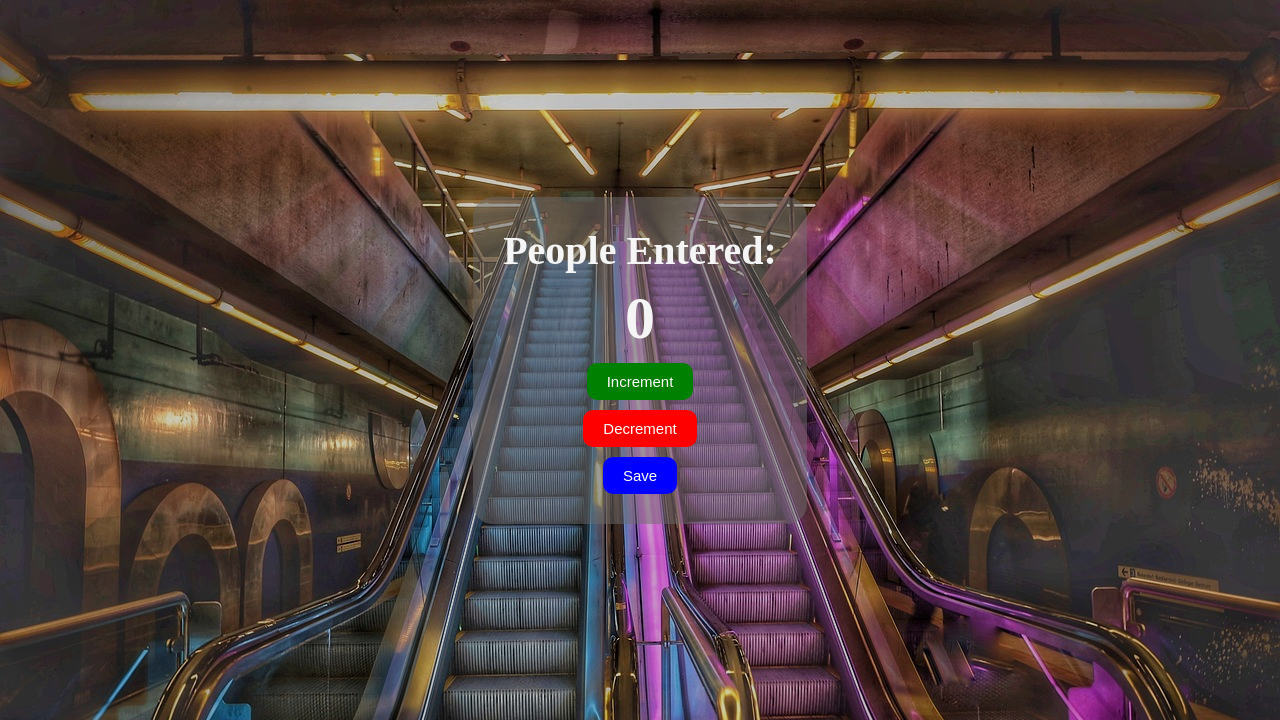
Repository: raghhavv03/javascript-practice
Page: task-1/index.html
These files come from the project's save history. The page is drawn as it stood at one moment and after a run of saves; the edit follows.
The browser window is 1280 px wide. The pictures show the whole page.
After loading, the first visible `#decrement-btn` was clicked once.

Above is the page before, as saved 2026-02-04 17:47:51.
Console error: ReferenceError: decrementCount is not defined

After the next 4 saves:
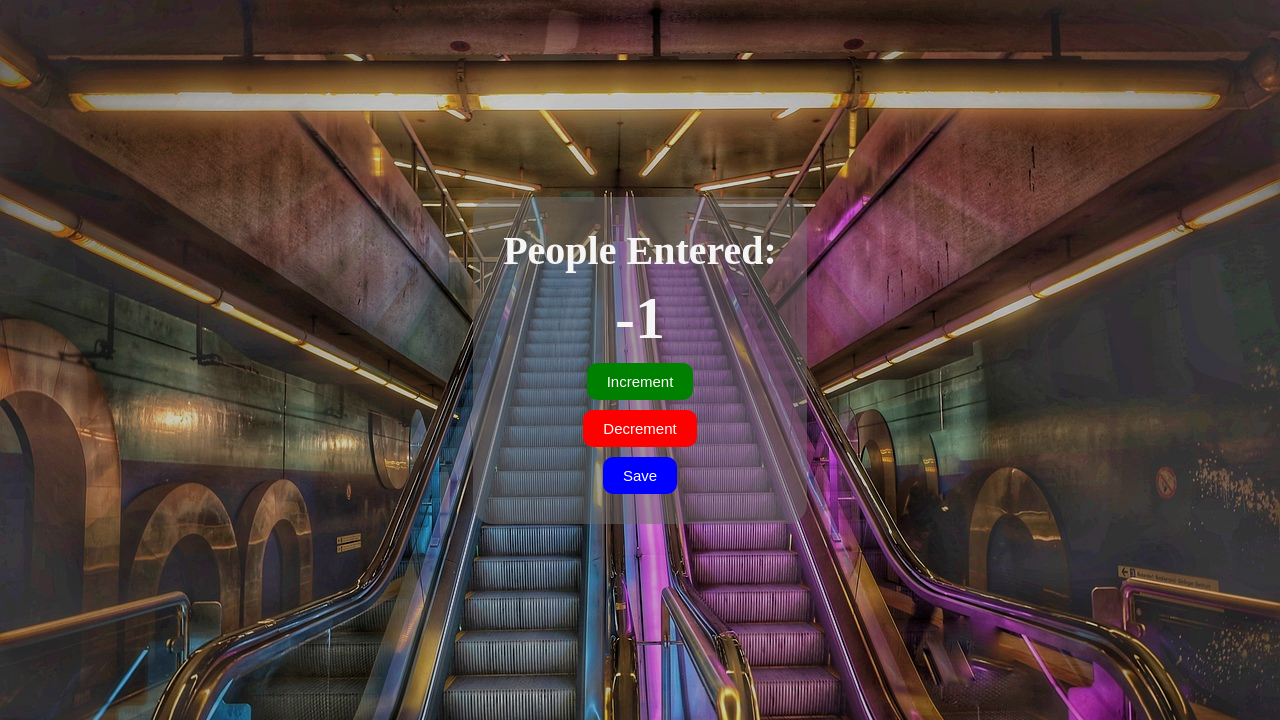
The error is gone.
The 4 saves are shown as one change because they came seconds apart.
The last was saved 16 s later.
--- a/task-1/index.js
+++ b/task-1/index.js
@@ -37,6 +37,11 @@ function incrementCount() {
     countPeople.innerText = count
 }
 
+function decrementCount() {
+    count -= 1
+    countPeople.innerText = count
+}
+
 function saveCount() {
     console.log(count)
     count = 0
